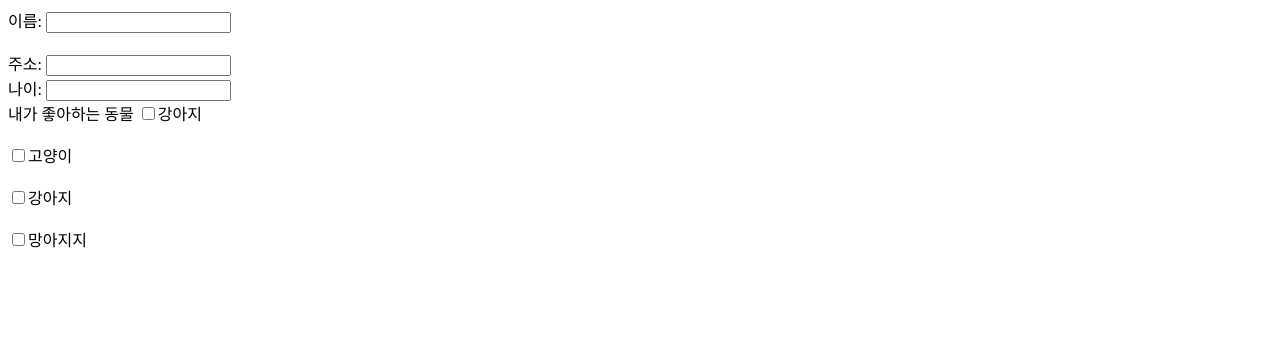
Repository: cordingdodo/javaworks2
Page: practice01/WebContent/input.html
The author's editor kept a copy of each file at every save. The page is drawn from the files as they stood at one save, then again after the next save.
The browser window is 1280 px wide. The pictures show the whole page.

Above is the page before, as saved 2022-10-17 07:03:47.

After the next save:
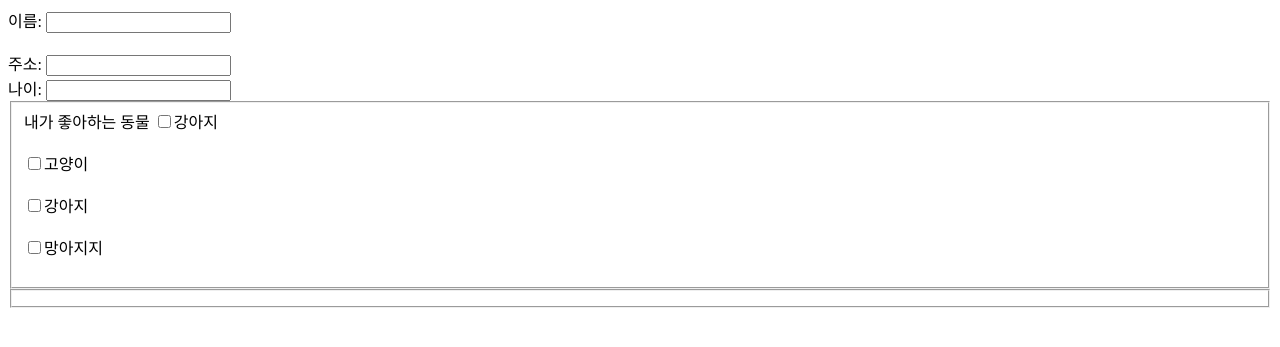
Saved 13 s later.
--- a/practice01/WebContent/input.html
+++ b/practice01/WebContent/input.html
@@ -9,13 +9,14 @@
 	이름: <input type="text" name="name"><br><br>
 	주소: <input type="text" name="addr"<br><br>
 	나이: <input typet="number" name="age"<br><br>
-	<filedset>
+	<fieldset>
 		<legende>내가 좋아하는 동물</legende>
 		<input type="checkbox" name="pet" value="dog">강아지<br><br>
 		<input type="checkbox" name="pet" value="cat">고양이<br><br>
 		<input type="checkbox" name="pet" value="pig">강아지<br><br>
 		<input type="checkbox" name="pet" value="horse">망아지지<br><br>
-	</filedset>
+	</fieldset>
+	<fieldset></fieldset>
 </form>
 
 </body>
